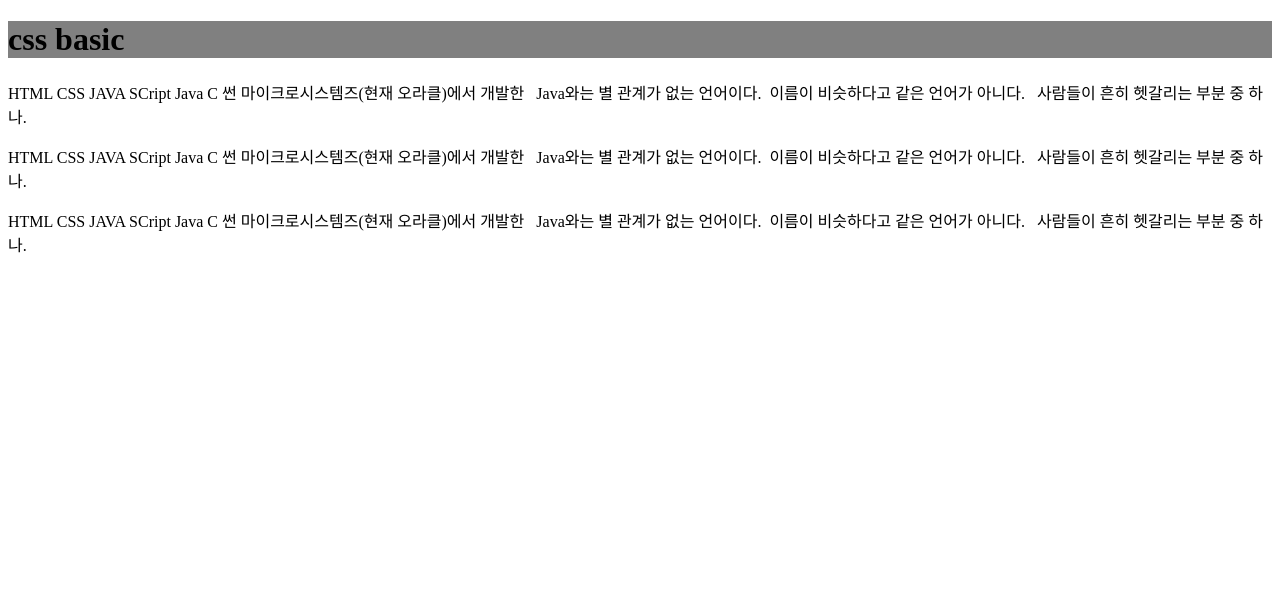
Repository: ssleap/multicampusIoT
Page: workspace190520/edu2/WebContent/test01.html
The author's editor kept a copy of each file at every save. The page is drawn from the files as they stood at one save, then again after the next save.
The browser window is 1280 px wide. The pictures show the whole page.

Above is the page before, as saved 2019-05-22 05:36:44.

After the next save:
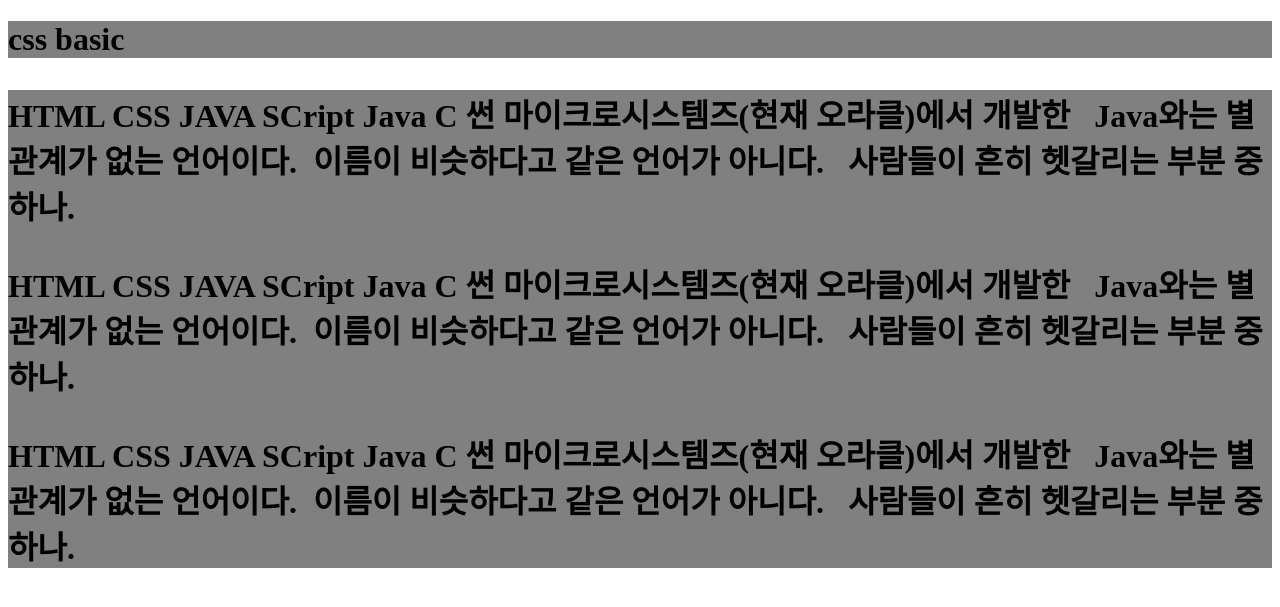
Saved 28 s later.
--- a/workspace190520/edu2/WebContent/test01.html
+++ b/workspace190520/edu2/WebContent/test01.html
@@ -22,6 +22,7 @@
 <body>
 
 	<h1>css basic</h1>
+	<h1>
 	<p>HTML CSS JAVA
 	SCript
 	Java
@@ -49,6 +50,7 @@
 	 이름이 비슷하다고 같은 언어가 아니다. &nbsp;
 	 사람들이 흔히 헷갈리는 부분 중 하나. &nbsp;
 	</p>
+	</h1>
 
 </body>
 </html>
